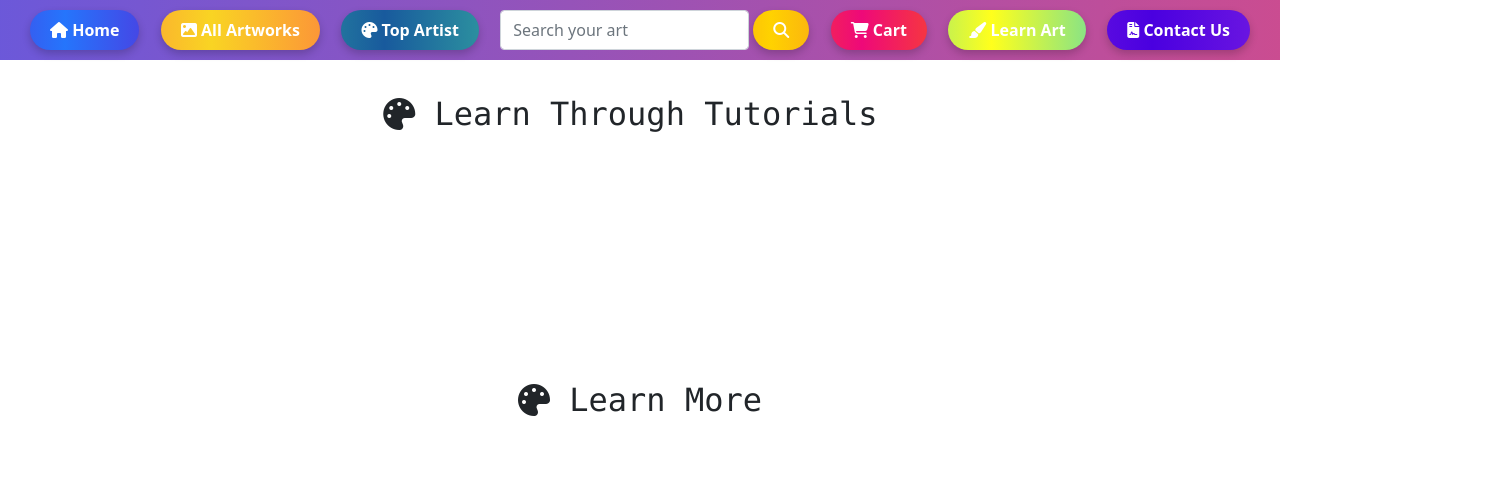
Repository: Aaryan-kumar-24/Art-selling
Page: http://localhost/learn/
The author's editor kept a copy of each file at every save. The page is drawn from the files as they stood at one save, then again after the next save.
The browser window is 1280 px wide. The page is 1500 px wide, so the pictures cover 1500 px, including what lies to the right of the window. The pictures show the part of the page from y = 0 to 488 px (the page is 2687 px tall).
Pictures or frames that could not be fetched are drawn as grey boxes. The page is served by the project's application, run on Django 5.2 (art/manage.py). Queries for data that is not in the repository find no rows.

Above is the page before, as saved 2025-05-31 18:28:29.

After the next save:
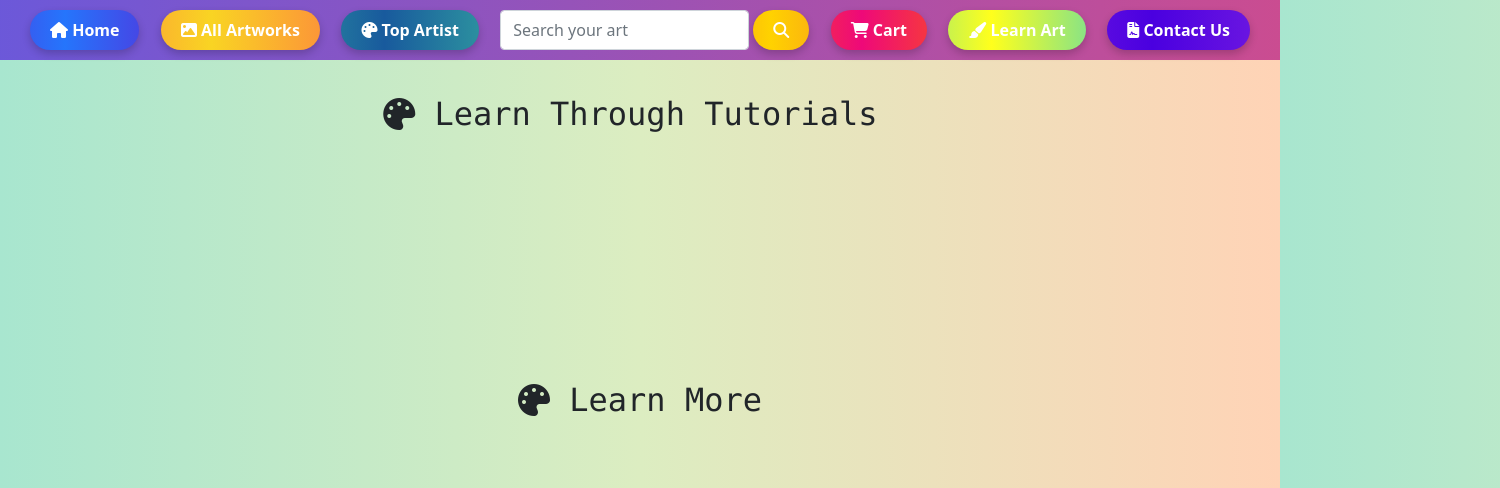
Saved 59 s later.
--- a/art/templates/learn.html
+++ b/art/templates/learn.html
@@ -63,6 +63,9 @@
           border-top-right-radius: 15px;
         }
       }
+      body {
+  background: linear-gradient(to right, #a8e6cf, #dcedc1, #ffd3b6);
+}
     </style>
 
 
